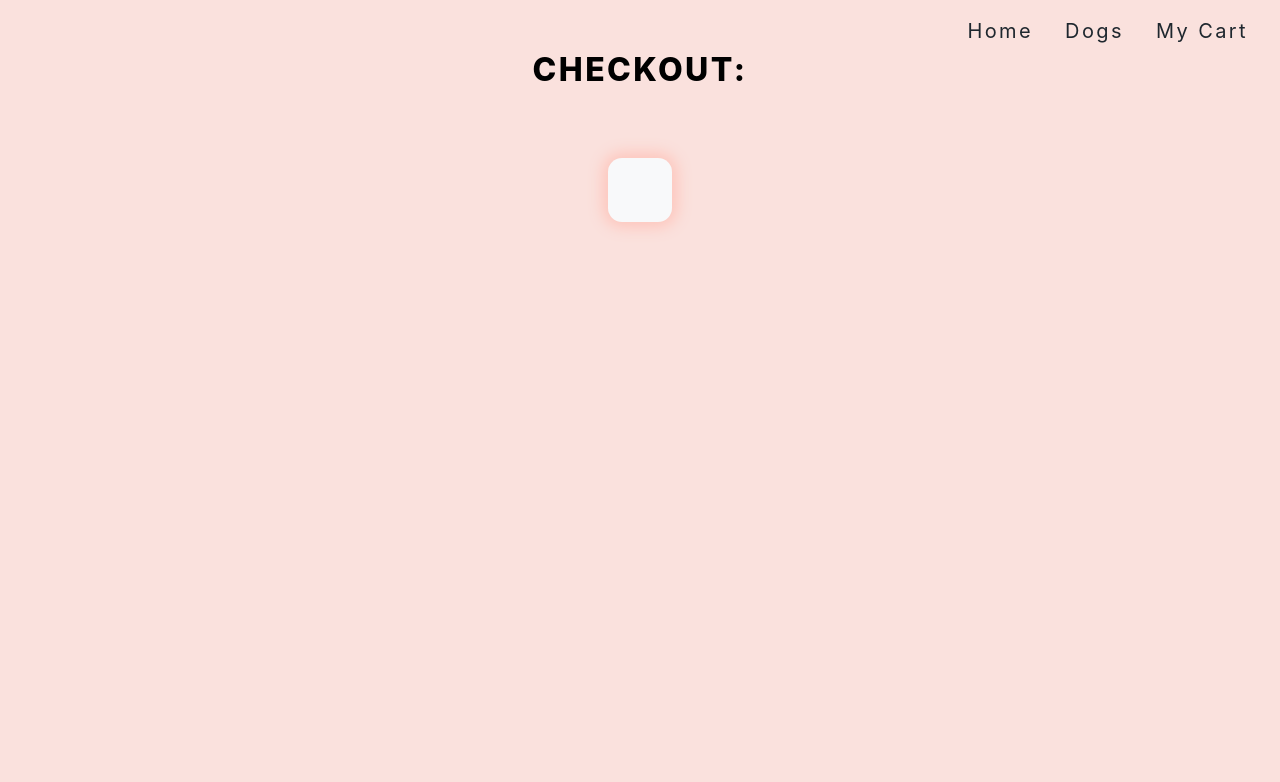
Repository: CarsonDev1/Dogs-Shop
Page: /checkout (app in frontend/)
The author's editor kept a copy of each file at every save. The page is drawn from the files as they stood at one save, then again after the next save.
The browser window is 1280 px wide. The pictures show the whole page.
The page's requests for data from a server got no answer. The project was rebuilt for these pictures with package versions that can differ from the ones it lists, and the page was loaded fresh each time. No one was signed in, and anything a server would have sent is missing. Also part of the build but not shown: frontend/src/component/Home/home.css, frontend/src/component/Home/Home.jsx, frontend/src/component/Dogs/dogs.css, frontend/src/component/Dogs/DogsCard.jsx, frontend/src/component/Dogs/DogsPage.jsx.

Above is the page before, as saved 2022-08-04 15:07:56.

After the next save:
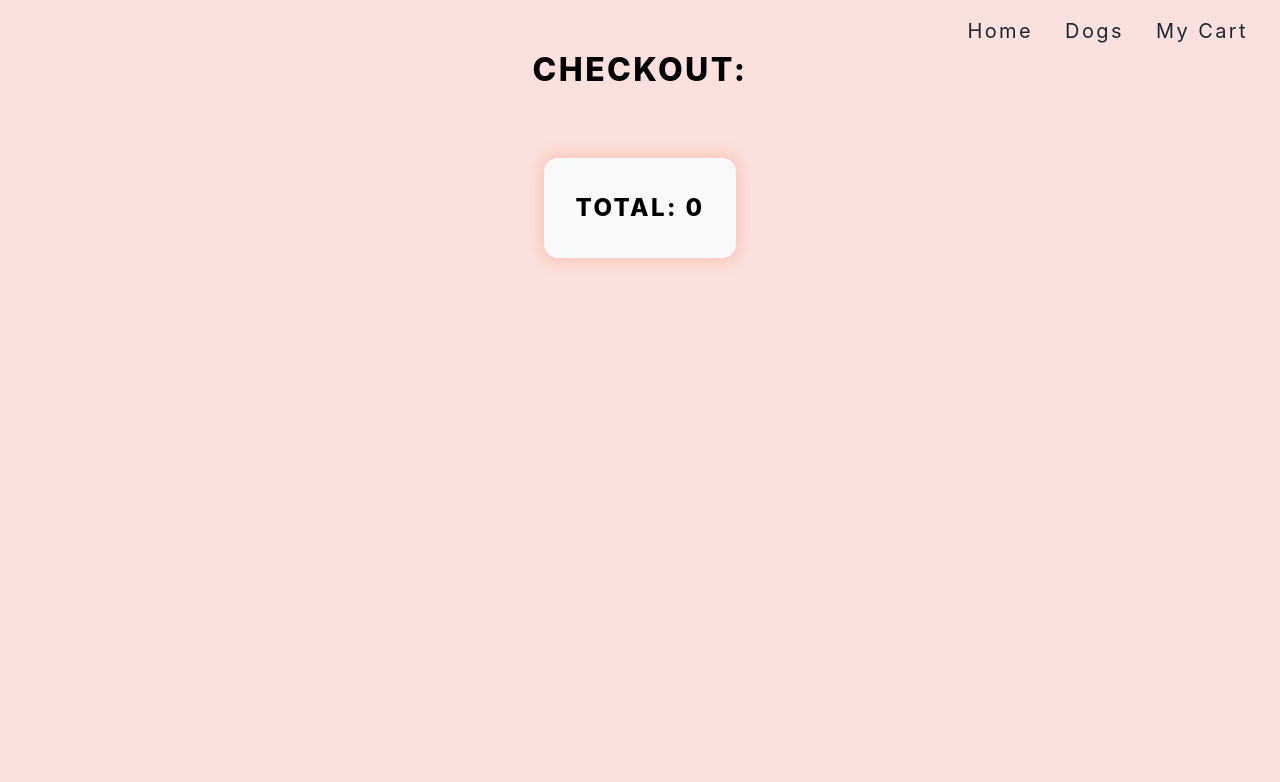
Saved 57 s later.
--- a/frontend/src/component/Cart/Cart.jsx
+++ b/frontend/src/component/Cart/Cart.jsx
@@ -20,6 +20,7 @@ const Cart = () => {
 							</div>
 						);
 					})}
+					<div className="cart-total">TOTAL: 0</div>
 				</div>
 			</section>
 		</>
